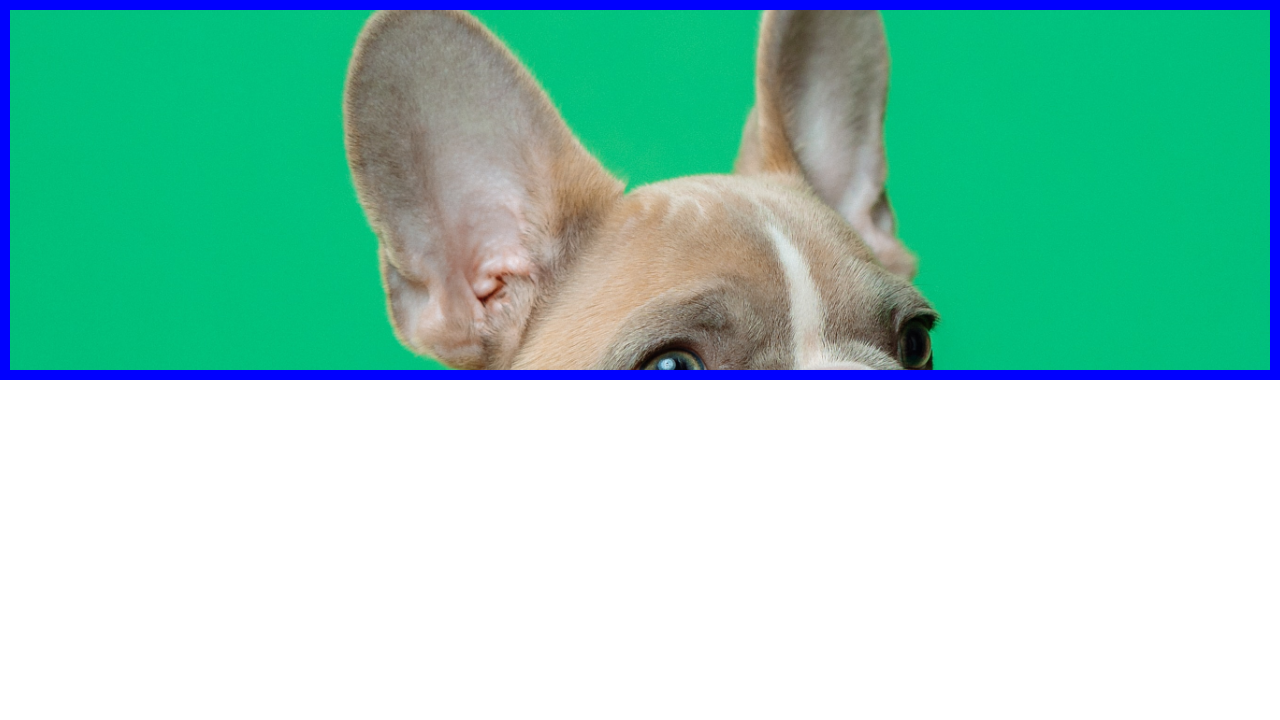
Repository: EmmanuelOyiti/Frontend_class
Page: Frontend class/index.html
The author's editor kept a copy of each file at every save. The page is drawn from the files as they stood at one save, then again after the next save.
The browser window is 1280 px wide. The pictures show the whole page.

Above is the page before, as saved 2023-09-26 21:00:14.

### Frontend class/index.html
<!DOCTYPE html>
<html lang="en">
<head>
    <meta charset="utf-8"/>
    <title> Learning css</title>
    <link href="index.css" rel="stylesheet">
</head>
<body>

    <main id="main">

    </main>

</body>
</html>

### Frontend class/index.css
body {
    margin: 0;
}

#main {
    border: 10px solid blue;
    height: 50dvh;
    background-image: url('dog.jpg');
    background-position: center;
   background-size: cover ;

}

After the next save:
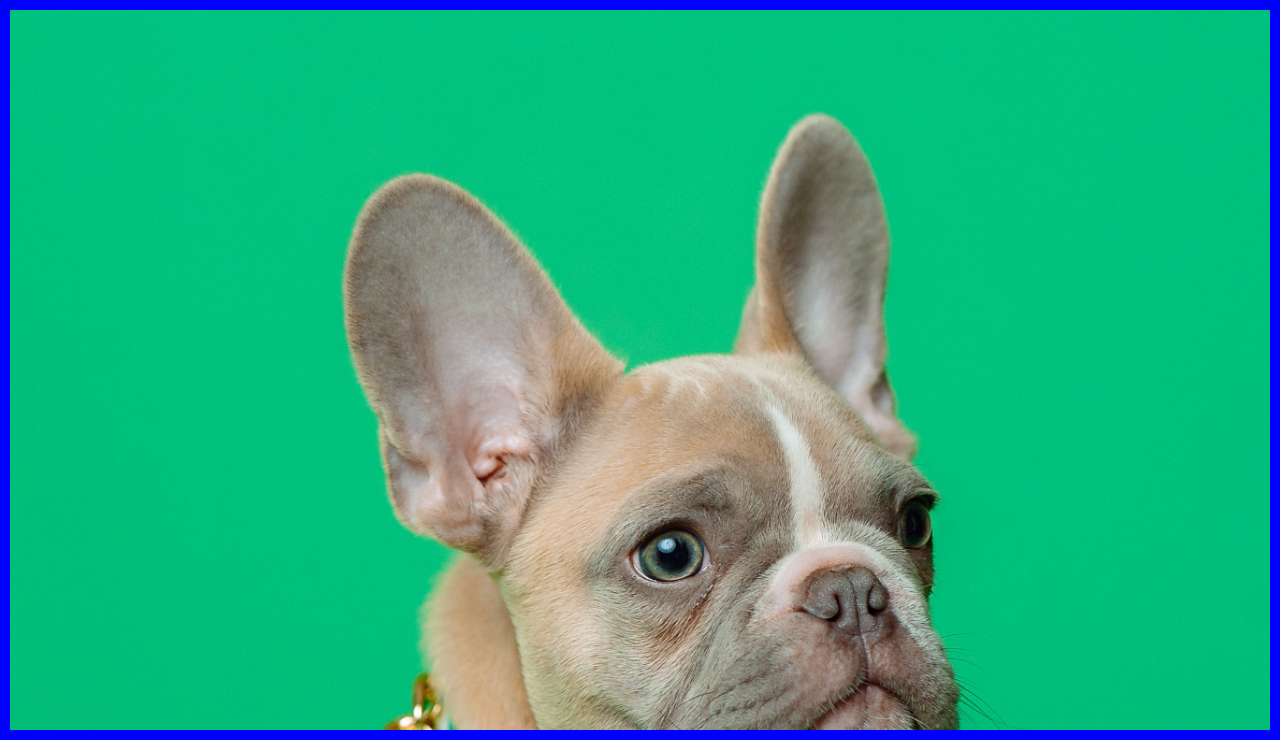
Saved 20 s later.
--- a/Frontend class/index.css
+++ b/Frontend class/index.css
@@ -4,7 +4,7 @@
 
 #main {
     border: 10px solid blue;
-    height: 50dvh;
+    height: 100dvh;
     background-image: url('dog.jpg');
     background-position: center;
    background-size: cover ;
